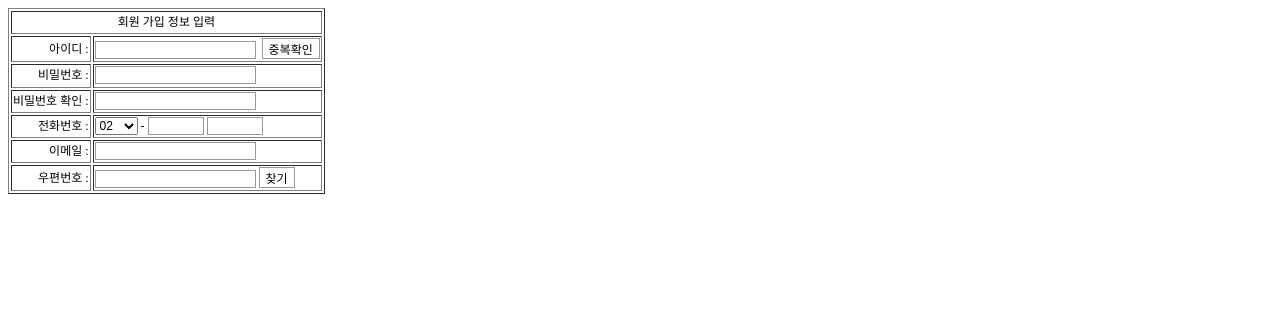
Repository: JIYEON25/model
Page: http://localhost/myWeb/memberone/regForm.jsp
These files come from the project's save history. The page is drawn as it stood at one moment and after the next save; the edit follows.
The browser window is 1280 px wide. The pictures show the whole page.
The page is served by Tomcat 9.

Above is the page before, as saved 2023-09-15 05:41:11.
Console error (its wording comes from the project's code and is left out).

After the next save:
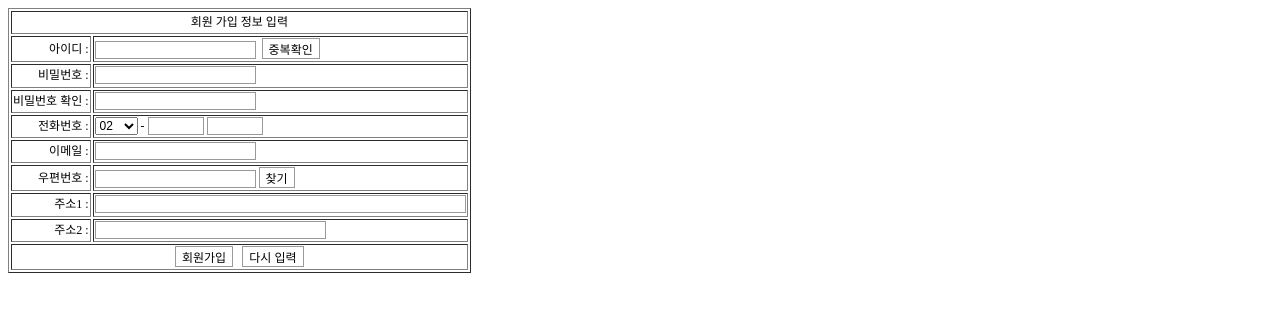
Saved 2 min 46 s later.
--- a/model1/myJSP/myWeb/src/main/webapp/memberone/regForm.jsp
+++ b/model1/myJSP/myWeb/src/main/webapp/memberone/regForm.jsp
@@ -51,6 +51,18 @@
 			<td><input type="text" name="zipcode"/>
 				<input type="button" value="찾기" onClick="#"/></td>
 		</tr>
+		<tr>
+			<td align="right">주소1 : </td>
+			<td><input type="text" name="address1" size="50"/></td>
+		</tr>
+		<tr>
+			<td align="right">주소2 : </td>
+			<td><input type="text" name="address2" size="30"/></td>
+		</tr>
+		<tr>
+			<td colspan="2" align="center">
+			<input type="button" value="회원가입" onClick="#"/>&nbsp;&nbsp;
+			<input type="reset" value="다시 입력"/>
 	</table>
 	</form>
 </body>
